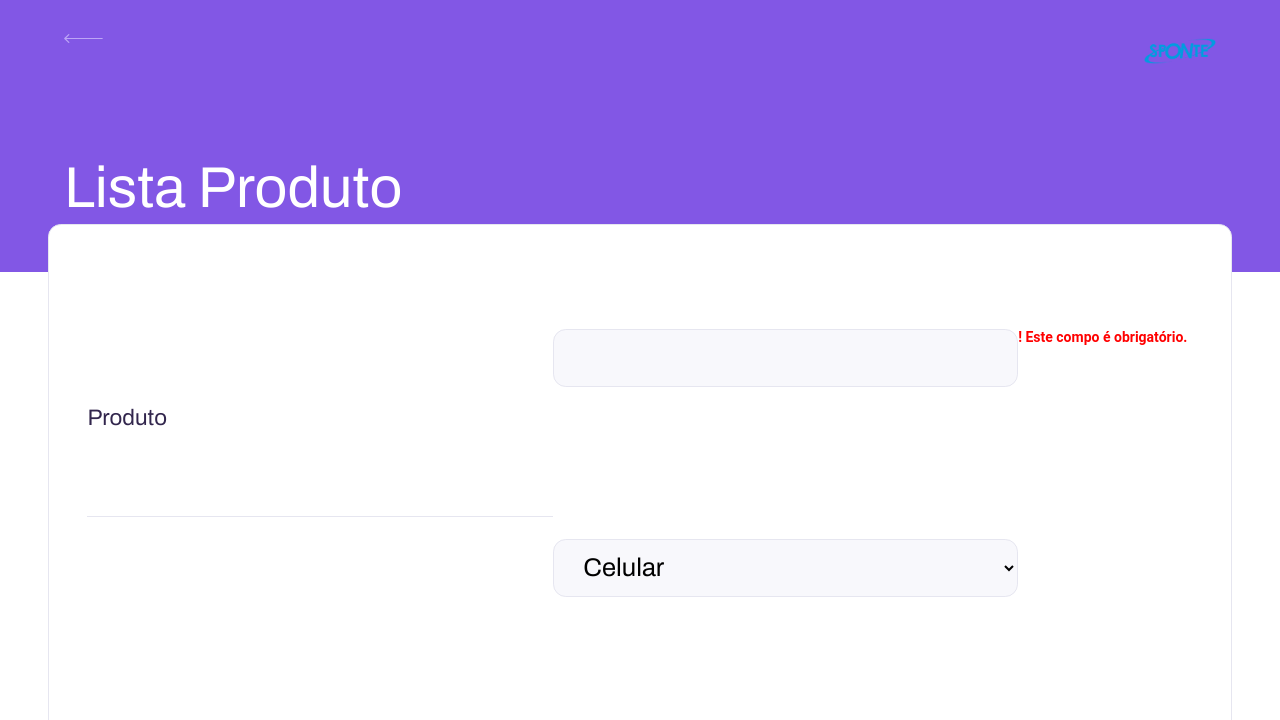
Repository: Henrique-Hoi-Dev/avalia-o-front-end
Page: /list (app in web/)
These files come from the project's save history. The page is drawn as it stood at one moment and after the next save; the edit follows.
The browser window is 1280 px wide. The pictures show the whole page.
An inner scrolling area shows only its first screen. The project was rebuilt for these pictures with package versions that can differ from the ones it lists, and the page was loaded fresh each time. Also part of the build but not shown: web/src/pages/Home/styles.js, web/src/pages/Home/index.js, web/src/pages/RegistrationProduct/styles.js, web/src/components/HeaderRecord/styles.js, web/src/components/HeaderRecord/index.js, web/src/pages/RegistrationProduct/Avatarinput/styles.js, web/src/pages/RegistrationProduct/Avatarinput/index.js, web/src/pages/RegistrationProduct/index.js.

Above is the page before, as saved 2020-09-02 12:13:36.

### web/public/index.html
<!DOCTYPE html>
<html lang="en">
  <head>
    <meta charset="utf-8" />
    <link rel="icon" href="%PUBLIC_URL%/favicon.ico" />
    <meta name="viewport" content="width=device-width, initial-scale=1" />
    <meta name="theme-color" content="#000000" />
    <meta
      name="description"
      content="Web site created using create-react-app"
    />
    <link
      href="https://fonts.googleapis.com/css2?family=Archivo:ital,wght@0,400;1,700&family=Poppins&display=swap"
      rel="stylesheet"
    />

    <title>Controle de estoque</title>
  </head>
  <body>
    <noscript>You need to enable JavaScript to run this app.</noscript>
    <div id="root"></div>
  </body>
</html>

### web/src/App.js
import React from 'react';
import Routes from './routes';

import GlobalStyle from './styles/global';

function App() {
  return (
    <>
      <Routes />
      <GlobalStyle />
    </>
  );
}

export default App;

### web/src/routes.js
import React from 'react';
import { BrowserRouter, Route } from 'react-router-dom';

import Home from './pages/Home';
import ListProduct from './pages/ListProduct';
import RegistrationProduct from './pages/RegistrationProduct';

function Routes() {
  return (
    <BrowserRouter>
      <Route path="/" exact component={Home} />
      <Route path="/list" component={ListProduct} />
      <Route path="/record-product" component={RegistrationProduct} />
    </BrowserRouter>
  );
}

export default Routes;

### web/src/styles/global.js
import { createGlobalStyle } from 'styled-components';

export default createGlobalStyle`


  * {
    margin: 0;
    padding: 0;
    outline: 0;
    border: 0;
    box-sizing: border-box;
  }
  html, body, #root {
    height: 100%;
    overflow-x: hidden;
  }


  body {
    background: linear-gradient(-70deg #f0f0f7);
    -webkit-font-smoothing: antialiased !important;

  }

  body, input, button {

    font-size: 14px;
    font-family: 'Roboto', sans-serif;
  }

  button {
    cursor: pointer;
  }

  :root {

  --color-background: #f0f0f7;
  --color-primary-lighter: #9871f5;
  --color-primary-light: #916bea;
  --color-primary: #8257e5;
  --color-primary-dark: #774dd6;
  --color-primary-darker: #6842c2;
  --color-secundary: #04d361;
  --color-secundary-dark: #04bf58;
  --color-title-in-primary: #ffffff;
  --color-text-in-primary: #d4c2ff;
  --color-text-title: #32264d;
  --color-text-complement: #9c98a6;
  --color-text-base: #6a6180;
  --color-line-in-white: #e6e6f0;
  --color-input-background: #f8f8fc;
  --color-button-text: #ffffff;
  --color-box-base: #ffffff;
  --color-box-footer: #fafafc;
}
`;

### web/src/pages/ListProduct/index.js
import React from 'react';
import * as Yup from 'yup';

import Header from '../../components/HeaderList';
import { Formik, Field, Form } from 'formik';
import { Container } from './styles';

const schema = Yup.object().shape({
  product: Yup.string()
    .required('! Este compo é obrigatório.')
    .max(100, '! No máximo 100 caracteres'),
  categoria: Yup.string().required('! Este compo é obrigatório.'),
});

function ListProduct() {
  function onSubmit(values, actions) {
    console.log(values);
  }
  return (
    <Container>
      <Header />
      <div className="header-main">
        <Formik
          onSubmit={onSubmit}
          validationSchema={schema}
          validateOnMount
          initialValues={{
            product: '',
            categoria: 'celular',
          }}
          render={({ values, errors }) => (
            <Form className="form-input">
              <div id="header-busca" className="header-title">
                <label htmlFor="product">Produto</label>
                <Field name="product" type="text" />
                <span>{errors.product}</span>

                <label htmlFor="categoria">Categoria</label>
                <Field nome="categoria" component="select">
                  <option value="celular">Celular</option>
                  <option value="tvs">Tvs</option>
                  <option value="notbook">Notbook</option>
                  <option value="acessorios">Acessórios</option>
                </Field>
              </div>
              <button type="submit">Buscar</button>
              <main>
                <ul>
                  <li></li>
                  <li></li>
                  <li></li>
                </ul>
              </main>
            </Form>
          )}
        />
      </div>
    </Container>
  );
}

export default ListProduct;

### web/src/components/HeaderList/index.js
import React from 'react';
import { Link } from 'react-router-dom';

import { PageHeader } from './styles';
import backIcon from '../../assets/back.svg';
import logo from '../../assets/logo.png';

function HeaderList() {
  return (
    <PageHeader>
      <div className="header">
        <Link to="/">
          <img src={backIcon} alt="voltar" />
        </Link>
        <img src={logo} alt="voltar" />
      </div>

      <div className="header-content">
        <h2>Lista Produto</h2>
      </div>
    </PageHeader>
  );
}

export default HeaderList;

### web/src/pages/ListProduct/styles.js
import styled from 'styled-components';
import { darken } from 'polished';

export const Container = styled.div`
  width: 100vw;
  height: 100vh;

  .header-main {
    background: var(--color-box-base);
    width: 100%;
    max-width: 74rem;
    border: 0.1rem solid var(--color-line-in-white);
    border-radius: 0.8rem;
    margin: -3rem auto 3.2rem;
    padding-top: 6.4rem;
    overflow: hidden;
  }

  input,
  select {
    width: 100%;
    height: 3.6rem;
    border-radius: 0.8rem;
    background: var(--color-input-background);
    border: 1px solid var(--color-line-in-white);
    outline: 0;
    padding: 0 1.6rem;
    font: 1.6rem Archivo;
  }

  .form-input {
    border: 0;
    padding: 0 2.4rem;
    margin-top: 0.1rem;

    button {
      background: none;
      border: 0;
      margin: 1rem;
      color: var(--color-primary);
      font: 700 1.6rem Archivo;
      cursor: pointer;
      transition: color 0.2s;

      &:hover {
        color: ${darken(0.03, '#6842c2')};
      }
    }
  }
  .header-title span {
    color: #ff0000;
    align-self: flex-start;
    margin: 0 0 10px;
    font-weight: bold;
  }

  label {
    font: 700 1.4rem Archivo;
    color: var(--color-text-title);
    margin-bottom: 1.4rem;
    margin-top: 1rem;
    display: flex;
    align-items: center;
    justify-content: space-between;
    width: 100%;
    padding-bottom: 1.6rem;
    border-bottom: 1px solid var(--color-line-in-white);
  }
  main {
    margin: 3.2rem auto;
    width: 90%;
  }

  @media (min-width: 1100px) {
    #header-busca {
      max-width: 1100px;

      display: grid;
      grid-template-columns: 1fr 1fr;
      grid-template-rows: 210px 550px;
      grid-template-areas: 'name name name';
    }
  }
`;

### web/src/components/HeaderList/styles.js
import styled from 'styled-components';

export const PageHeader = styled.div`
  display: flex;
  flex-direction: column;
  background-color: var(--color-primary);

  .header {
    width: 90%;
    margin: 0 auto;
    display: flex;
    justify-content: space-between;
    align-items: center;
    color: var(--color-text-in-primary);
    padding: 1.6rem 0;

    a {
      height: 3.2rem;
      transition: opacity 0.2s;

      :hover {
        opacity: 0.6;
      }
    }

    img {
      height: 1.6rem;
    }
  }

  .header-content {
    width: 90%;
    margin: 0 auto;
    position: relative;
    margin: 3.2rem auto;

    a {
      font: 700 3.6rem Archivo;
      line-height: 4.2rem;
      color: var(--color-title-in-primary);
    }

    h2 {
      font: 700 3.6rem Archivo;
      line-height: 4.2rem;
      color: var(--color-title-in-primary);
    }
  }
`;

Loaded but not shown: web/src/index.js (common file)

After the next save:
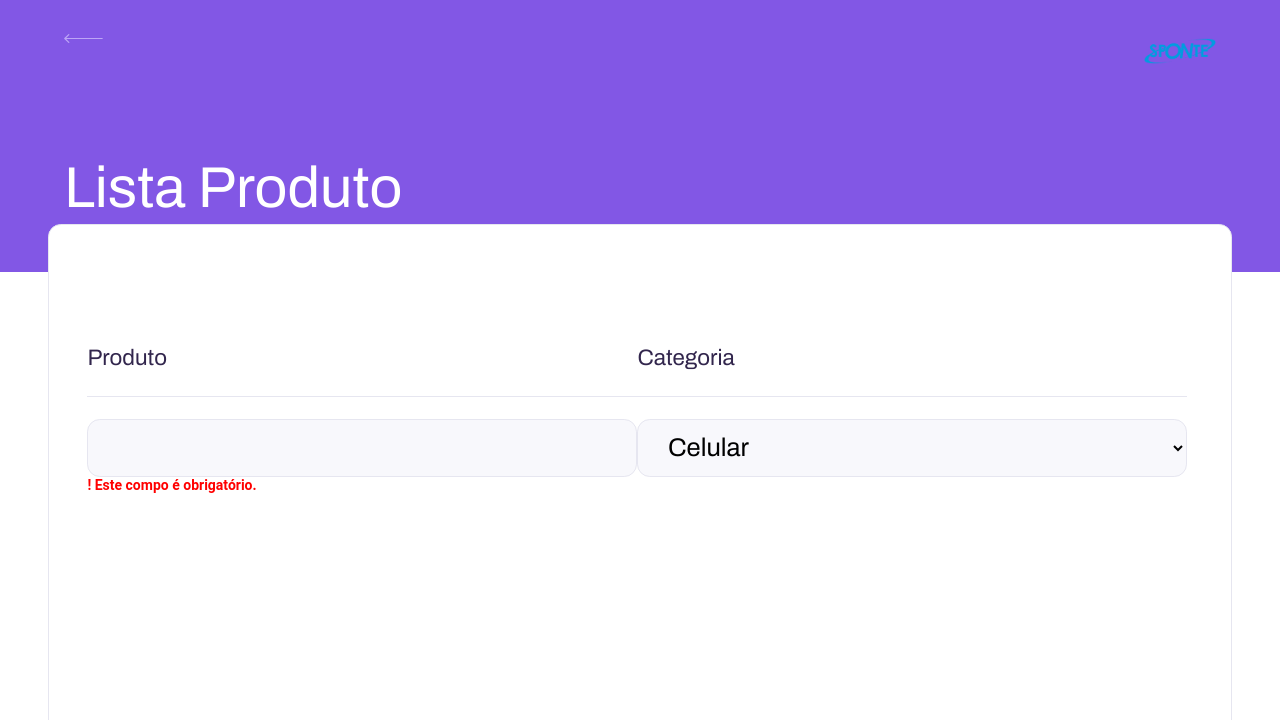
Saved 101 s later.
--- a/web/src/pages/ListProduct/index.js
+++ b/web/src/pages/ListProduct/index.js
@@ -31,17 +31,21 @@ function ListProduct() {
           render={({ values, errors }) => (
             <Form className="form-input">
               <div id="header-busca" className="header-title">
-                <label htmlFor="product">Produto</label>
-                <Field name="product" type="text" />
-                <span>{errors.product}</span>
+                <div className="buscar">
+                  <label htmlFor="product">Produto</label>
+                  <Field name="product" type="text" />
+                  <span>{errors.product}</span>
+                </div>
 
-                <label htmlFor="categoria">Categoria</label>
-                <Field nome="categoria" component="select">
-                  <option value="celular">Celular</option>
-                  <option value="tvs">Tvs</option>
-                  <option value="notbook">Notbook</option>
-                  <option value="acessorios">Acessórios</option>
-                </Field>
+                <div className="categoria">
+                  <label htmlFor="categoria">Categoria</label>
+                  <Field nome="categoria" component="select">
+                    <option value="celular">Celular</option>
+                    <option value="tvs">Tvs</option>
+                    <option value="notbook">Notbook</option>
+                    <option value="acessorios">Acessórios</option>
+                  </Field>
+                </div>
               </div>
               <button type="submit">Buscar</button>
               <main>
